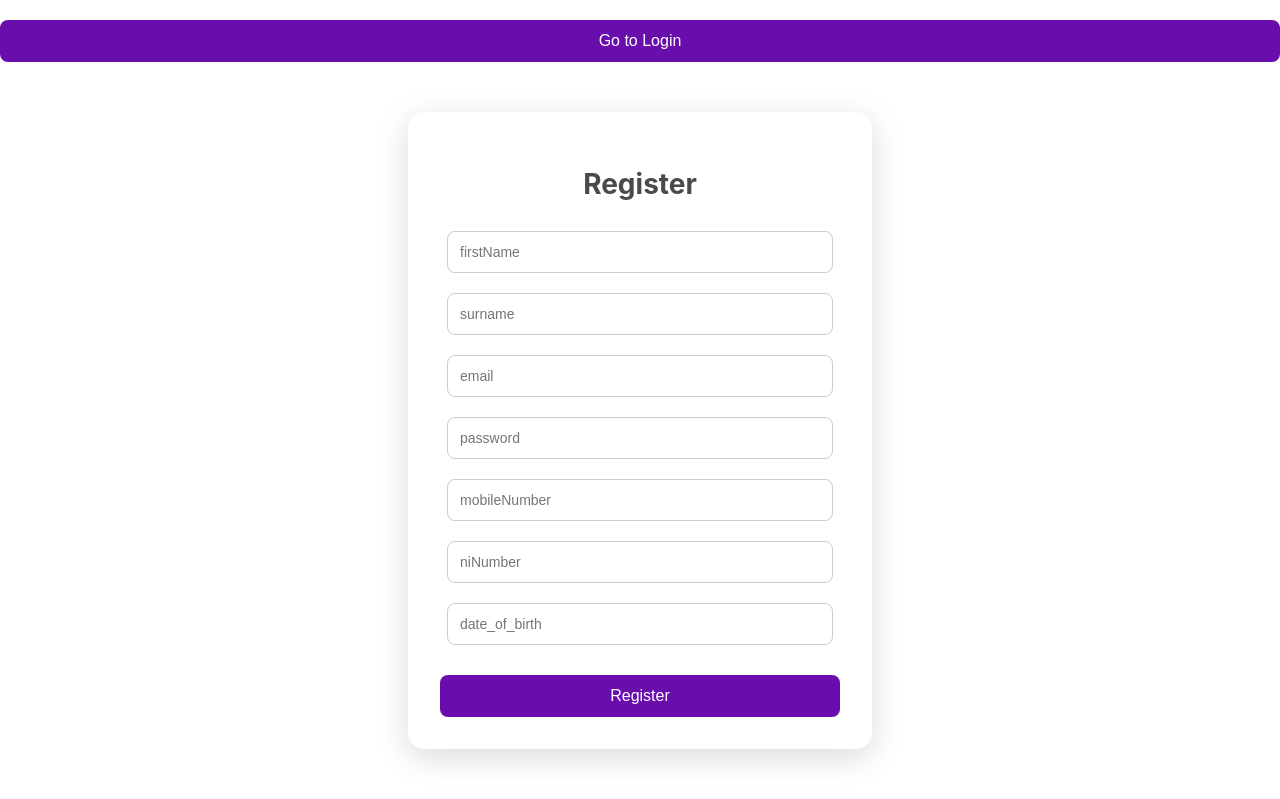
Repository: aab232/https---github.com-aab232-Deferred-Payment-Platform
Page: / (app in frontend/), after clicking the first element matching `button`
These files come from the project's save history. The page is drawn as it stood at one moment and after the next save; the edit follows.
The browser window is 1280 px wide. The pictures show the whole page.
The project was rebuilt for these pictures with package versions that can differ from the ones it lists, and the page was loaded fresh each time.

Above is the page before, as saved 2025-03-14 00:38:43.

After the next save:
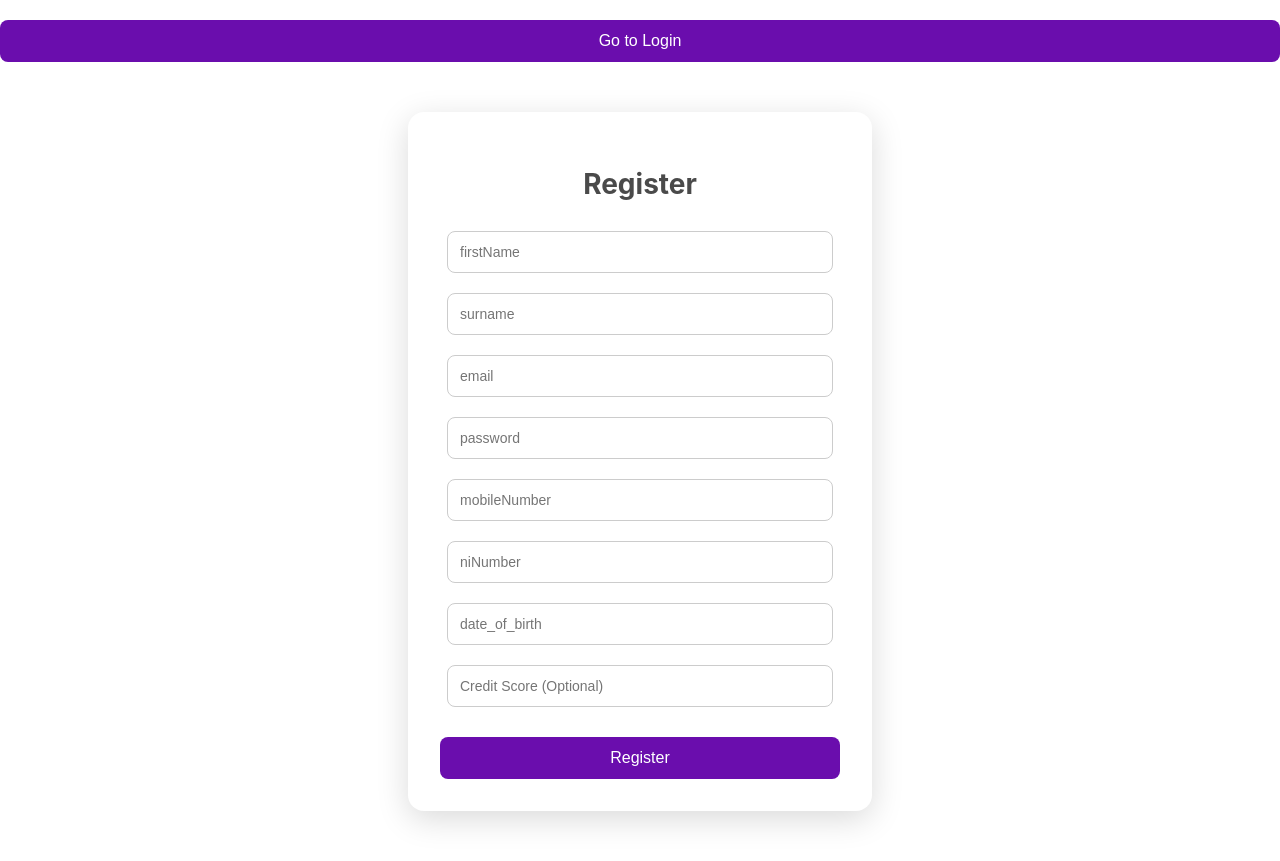
Saved 3 min 0 s later.
--- a/frontend/src/components/Register.js
+++ b/frontend/src/components/Register.js
@@ -11,6 +11,7 @@ const Register = () => {
         mobileNumber: "",
         niNumber: "",
         date_of_birth: "",
+        credit_score: "" // Add the credit_score field here
     });
 
     const handleChange = (e) => {
@@ -32,15 +33,26 @@ const Register = () => {
             <h2>Register</h2>
             <form onSubmit={handleSubmit}>
                 {Object.keys(formData).map((field) => (
-                    <input
-                        key={field}
-                        type={field === "password" ? "password" : "text"}
-                        name={field}
-                        placeholder={field}
-                        value={formData[field]}
-                        onChange={handleChange}
-                        required={field !== "phoneNumber"}
-                    />
+                    field !== "credit_score" ? ( // Exclude the credit_score input from the default loop
+                        <input
+                            key={field}
+                            type={field === "password" ? "password" : "text"}
+                            name={field}
+                            placeholder={field}
+                            value={formData[field]}
+                            onChange={handleChange}
+                            required={field !== "mobileNumber"} // Optional fields like mobile number
+                        />
+                    ) : (
+                        <input
+                            key={field}
+                            type="number"
+                            name={field}
+                            placeholder="Credit Score (Optional)"
+                            value={formData[field]}
+                            onChange={handleChange}
+                        />
+                    )
                 ))}
                 <button type="submit">Register</button>
             </form>
